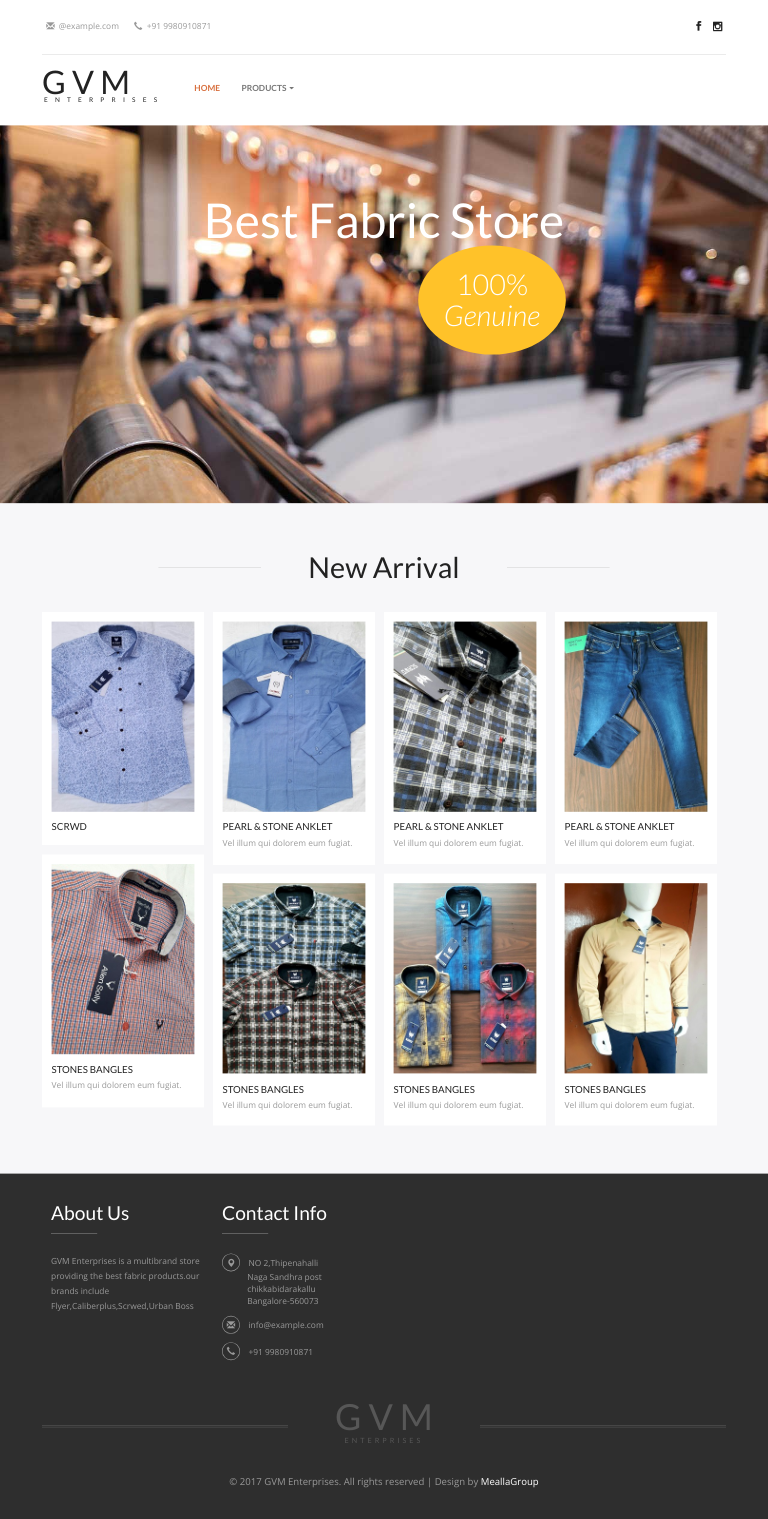
Repository: vinodmealla/flyerworkspace
Page: com.gvm.websample1/src/main/webapp/WEB-INF/index.html
These files come from the project's save history. The page is drawn as it stood at one moment and after the next save; the edit follows.
The browser window is 1280 px wide. The pictures show the whole page, at 60% of full size.

Above is the page before, as saved 2017-10-04 04:51:34.
Console error: SyntaxError: Unexpected token '('

After the next save:
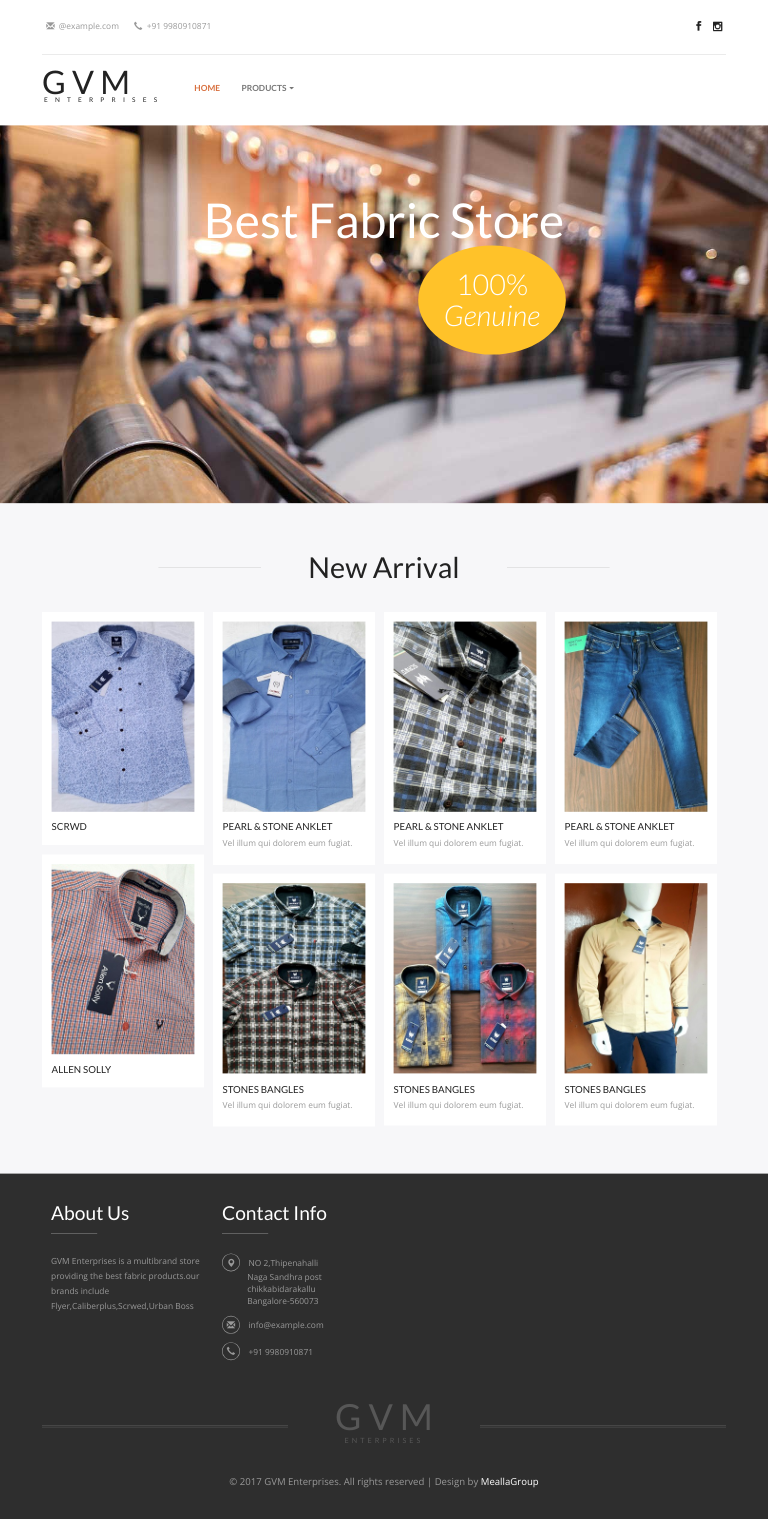
Saved 35 s later.
--- a/com.gvm.websample1/src/main/webapp/WEB-INF/index.html
+++ b/com.gvm.websample1/src/main/webapp/WEB-INF/index.html
@@ -303,8 +303,8 @@
 								</div>
 							</div>
 						</div>
-						<h4><a href="single.html">Stones Bangles</a></h4>
-						<p>Vel illum qui dolorem eum fugiat.</p>
+						<h4><a href="single.html">Allen Solly</a></h4>
+						<!-- <p>Vel illum qui dolorem eum fugiat.</p> -->
 						<!-- <div class="new-collections-grid1-left simpleCart_shelfItem">
 							<p><i>Rs.340</i> <span class="item_price">Rs.257</span></p>
 						</div> -->
